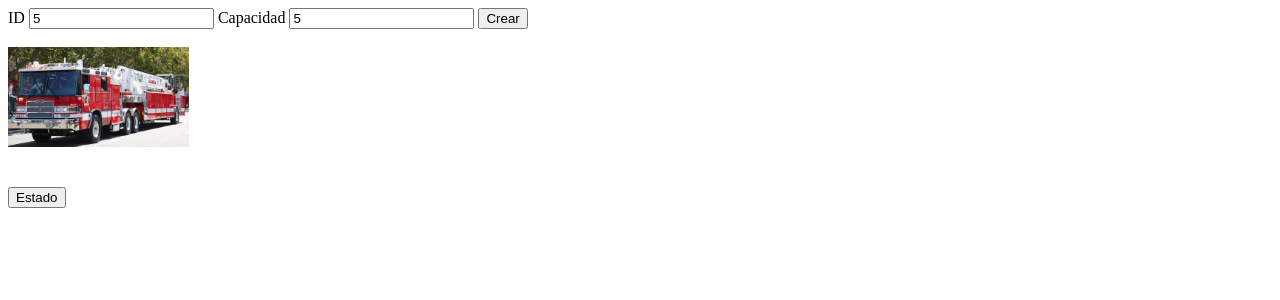
Repository: Robin-Rivadeneira/prueva_pablo
Page: index.html
The author's editor kept a copy of each file at every save. The page is drawn from the files as they stood at one save, then again after the next save.
The browser window is 1280 px wide. The pictures show the whole page.
Empty fields were first filled with sample values (such as "Sample", 5 or name@example.com).
After loading, the first visible `button` was clicked once.

Above is the page before, as saved 2020-01-16 09:27:40.

### index.html
<!DOCTYPE html>
<html lang="en">
<head>
    <meta charset="UTF-8">
    <meta name="viewport" content="width=device-width, initial-scale=1.0">
    <meta http-equiv="X-UA-Compatible" content="ie=edge">
    <title> Motobombas</title>
</head>
<body>
    <div>
        <label>ID</label>
        <input type="number" id="id">
        <label>Capacidad</label>
        <input type="number" id="capacidad" >
        <button type="button" onclick="moto.guardar()">Crear</button>
    </div>
    <br>
    <div id="img">

    </div>
    <br>
    <div id="estado">

    </div>
    <br>
    <div id="pintar">
    </div>
</body>
<script src="/js/Motobomba.js"></script>
<script src="/js/Bombero.js"></script>
</html>

### js/Motobomba.js
class Motobomba {
    constructor(id, capacidad, estado = false) {
        this.id = id;
        this.capacidad = capacidad;
        this.estado = estado;
    }
    prender() {
        this.estado = true;
    }
    apagar() {
        this.estado = false;
    }
    getEstado() {
        return this.estado;
    }
    toString() {

        if (this.estado == true) {
            document.getElementById('estado').innerHTML='<img src="img/verde.jpg" windth="130px" height="100px">'
            var parrafo=document.createElement('p')
            parrafo.innerHTML = 'esta prendido'
            document.body.appendChild(parrafo)
            moto.apagar()
            var boton =document.getElementById('estado')
            valor?boton.innerText = "off":boton.innerText = "on";
            valor=!valor


        }
        else if(this.estado == false) {
            document.getElementById('estado').innerHTML='<img src="img/rojo.jpg" windth="130px" height="100px">'
            var parrafo=document.createElement('p')
            parrafo.innerHTML = 'esta apagado'
            document.body.appendChild(parrafo)
            moto.prender()
        }
    }
    guardar(){
        var recu= document.getElementById('id').value;
        var recu1=document.getElementById('capacidad').value;
        this.id=recu
        this.capacidad=recu1
        console.log(this.id)
        console.log(this.capacidad)
        document.getElementById('img').innerHTML='<img src="img/camion.jpg" windth="130px" height="100px">'
        document.getElementById('pintar').innerHTML='<button type="button" id="estado" onclick="moto.toString()">Estado</button>'
    }
}

let moto = new Motobomba()

### js/Bombero.js
class Bombero{
    constructor(nombre){
        this.nombre=nombre;
    }
    addHabilidad(){
        let habilidades=[];
        habilidades.push(this.nombre)
    }
}

After the next save:
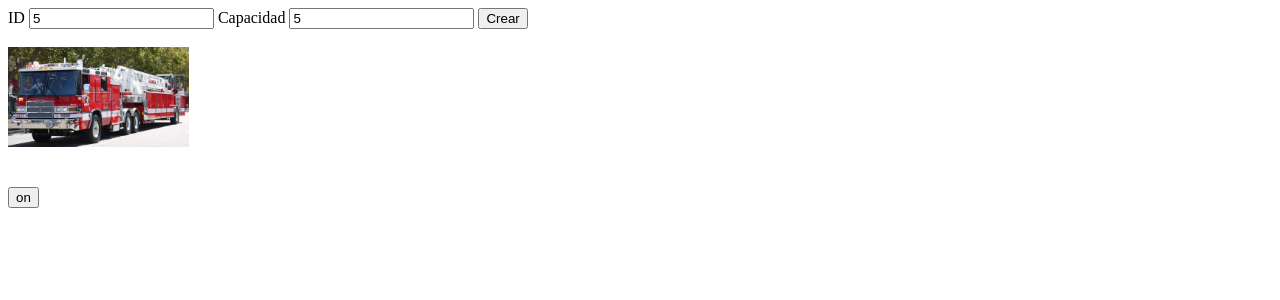
Saved 67 s later.
--- a/js/Motobomba.js
+++ b/js/Motobomba.js
@@ -43,7 +43,7 @@
         console.log(this.id)
         console.log(this.capacidad)
         document.getElementById('img').innerHTML='<img src="img/camion.jpg" windth="130px" height="100px">'
-        document.getElementById('pintar').innerHTML='<button type="button" id="estado" onclick="moto.toString()">Estado</button>'
+        document.getElementById('pintar').innerHTML='<button type="button" id="estado" onclick="moto.toString()">on</button>'
     }
 }
 

After the save that followed:
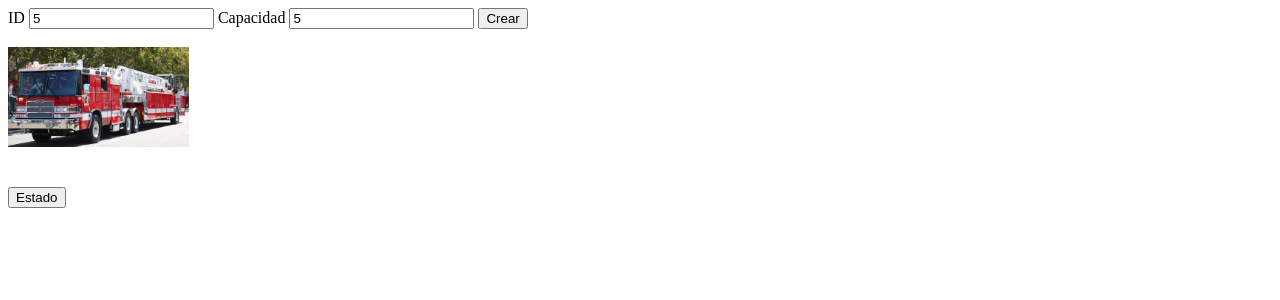
Saved 20 s later.
--- a/js/Motobomba.js
+++ b/js/Motobomba.js
@@ -43,7 +43,7 @@
         console.log(this.id)
         console.log(this.capacidad)
         document.getElementById('img').innerHTML='<img src="img/camion.jpg" windth="130px" height="100px">'
-        document.getElementById('pintar').innerHTML='<button type="button" id="estado" onclick="moto.toString()">on</button>'
+        document.getElementById('pintar').innerHTML='<button type="button" id="estado" onclick="moto.toString()">Estado</button>'
     }
 }
 
